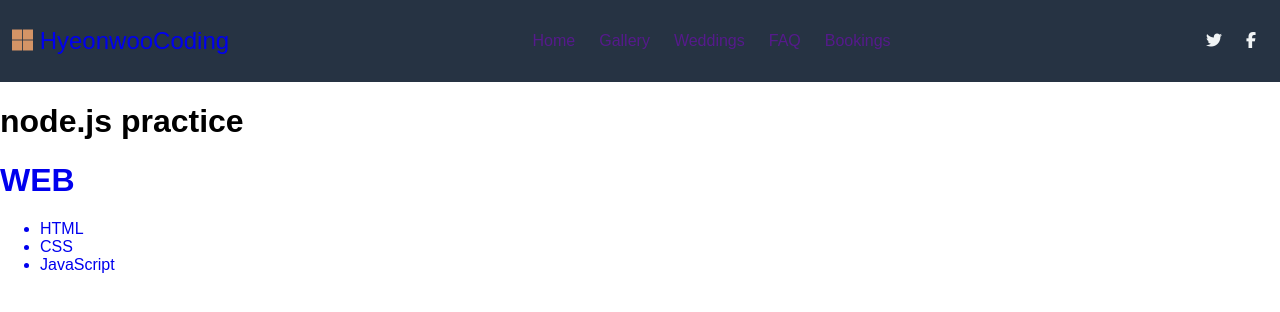
Repository: hhw12409/pracite-node.js
Page: http://localhost/
The author's editor kept a copy of each file at every save. The page is drawn from the files as they stood at one save, then again after the next save.
The browser window is 1280 px wide. The pictures show the whole page.
Some web fonts or font styles are not loaded; a fallback is used. Some web libraries are served in a nearby version. The page is served by the project's Node server (server.js).

Above is the page before, as saved 2022-04-30 10:00:58.
Not found: main.js

### views/index.ejs
<!DOCTYPE html>
<html lang="en">
<head>
  <meta charset="UTF-8">
  <meta http-equiv="X-UA-Compatible" content="IE=edge">
  <meta name="viewport" content="width=device-width, initial-scale=1.0">
  <title>node.js practice</title>
</head>
<body>
  <%- include('nav.html')%>
  <h1>node.js practice</h1>
  <a href="/"><h1>WEB</h1></a>
  <ul>
    <a href="/html"><li>HTML</li></a>
    <a href="/css"><li>CSS</li></a>
    <a href="/javascript"><li>JavaScript</li></a>
  </ul>
</body>
</html>

### views/nav.html

<!DOCTYPE html>
<html lang="en">
<head>
    <meta charset="UTF-8">
    <meta http-equiv="X-UA-Compatible" content="IE=edge">
    <meta name="viewport" content="width=device-width, initial-scale=1.0">
    <link rel="stylesheet" href="/css/styles.css">
    <link rel="preconnect" href="https://fonts.googleapis.com">
    <link rel="preconnect" href="https://fonts.gstatic.com" crossorigin>
    <title>Nav bar</title>
    <script
    src="https://kit.fontawesome.com/6478f529f2.js"
    crossorigin="anonymous">
    </script>
    <script src="main.js" defer></script>
</head>
<body>
    <nav class="navbar">
        <div class="navbar__logo">
            <i class="fab fa-microsoft"></i>
            <a href="#">HyeonwooCoding</a>
        </div>

        <ul class="navbar__menu">
            <li><a href="">Home</a></li>
            <li><a href="">Gallery</a></li>
            <li><a href="">Weddings</a></li>
            <li><a href="">FAQ</a></li>
            <li><a href="">Bookings</a></li>
        </ul>

        <ul class="navbar__icons">
            <li><i class="fab fa-twitter"></i></li>
            <li><i class="fab fa-facebook-f"></i></li>
        </ul>

        <a href="#" class="navbar__togleBtn">
            <i class="fas fa-bars"></i>
        </a>
    </nav>
</body>
</html>

### server.js
const express = require('express');
const app = express();

// css middleware연동
app.use(express.static(__dirname + '/public'));

app.set('view engine', 'ejs');

require('dotenv').config()

app.get('/', (req, res)=> {
  res.render('index.ejs', {})
})

app.get('/html', (req, res)=> {
  res.render('html.ejs', {})
})

app.get('/css', (req, res)=> {
  res.render('css.ejs', {})
})

app.get('/javascript', (req, res)=> {
  res.render('javascript.ejs', {})
})

app.listen(process.env.PORT , function(){
  console.log("listening on server");
});

### public/css/styles.css
@import url("https://fonts.googleapis.com/css2?family=Source+Sans+Pro&display=swap");

@import "variables.css";

/* Components */
@import "components/nav-bar.css";

body{
  margin: 0;
  font-family: 'Source Sans Pro', sans-serif;
}

a {
  text-decoration: none;
}

### public/css/variables.css
:root {
  --text-color: #f0f4f5;
  --background-color: #263343;
  --accent-color: #d49466;
}

### public/css/components/nav-bar.css
.navbar {
  display: flex;
  justify-content: space-between;
  align-items: center;
  background-color: var(--background-color);
  padding: 8px 12px;
}

.navbar__logo {
  font-size: 24px;
  color: var(--text-color);
}

.navbar__logo i {
  color: var(--accent-color);
}

.navbar__menu {
  display: flex;
  list-style: none;
  padding-left: 0;
}

.navbar__menu li {
  padding : 8px 12px;
}

.navbar__menu li:hover {
  background-color: var(--accent-color);
  border-radius: 4px;
}

.navbar__icons {
  list-style: none;
  color:var(--text-color);
  display: flex;
  padding-left: 0;
}

.navbar__icons li {
  padding: 8px 12px;
}

.navbar__togleBtn {
  display: none;
  position: absolute;
  right: 32px;
  font-size: 24px;
  color: var(--accent-color);
}

@media screen and (max-width: 768px) {
  .navbar {
      flex-direction: column;
      align-items: flex-start;
      padding: 8px 24px;
  }

  .navbar__menu {
      display: none;
      flex-direction: column;
      align-items: center;
      width: 100%;
  }

  .navbar__menu li {
      width:100%;
      text-align: center;
  }

  .navbar__icons {
      display: none;
      justify-content: center;
      width: 100%;
  }

  .navbar__togleBtn {
      display: block;
  }

  .navbar__menu.active,
  .navbar__icons.active {
      display: flex;
  }
}

After the next save:
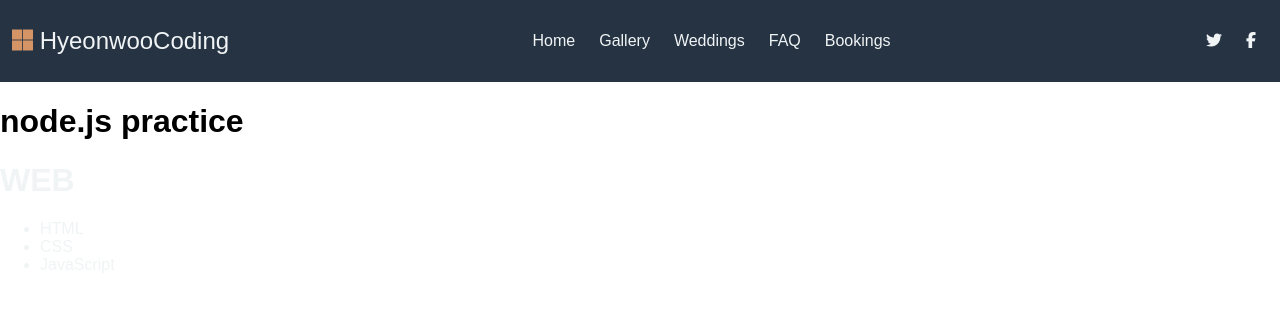
Saved 4 s later.
--- a/public/css/styles.css
+++ b/public/css/styles.css
@@ -12,4 +12,5 @@ body{
 
 a {
   text-decoration: none;
+  color:var(--text-color);
 }
